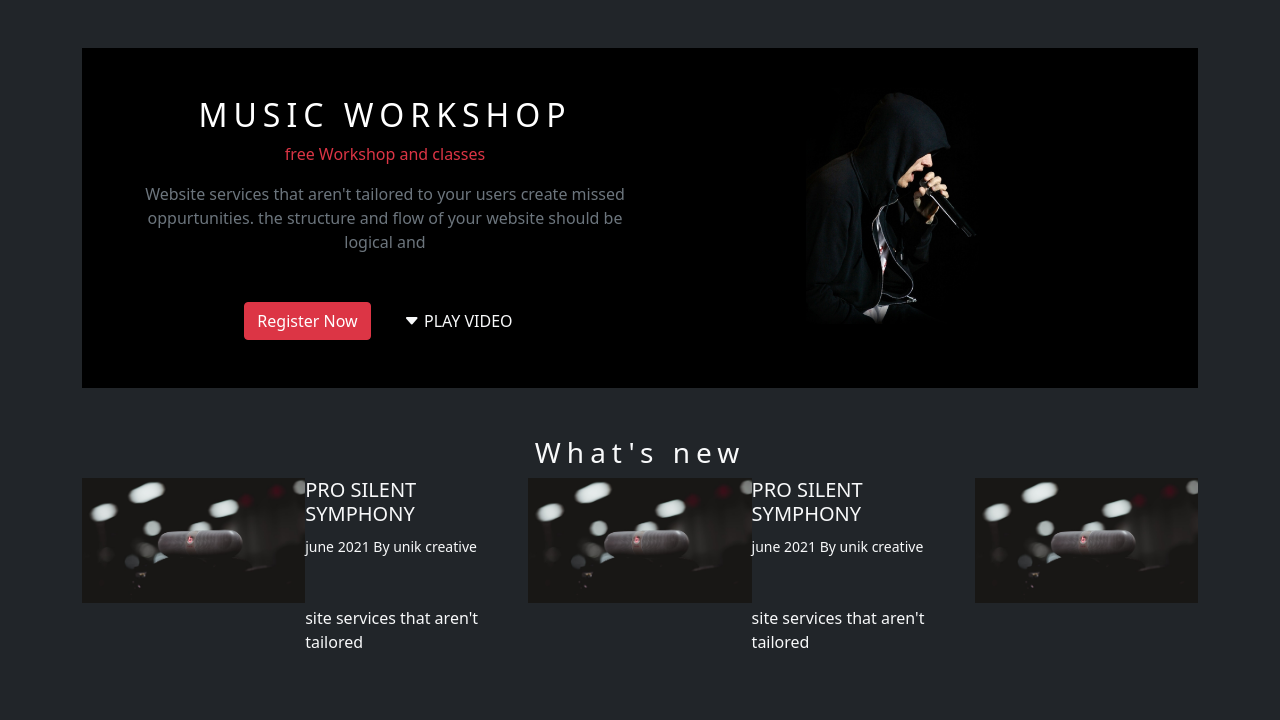
Repository: Eugene44-hub/music-workshop-site
Page: index.html
An editor plug-in stored every save of this project. The page is shown before and after a run of saves, followed by the edit.
The browser window is 1280 px wide. The pictures show the whole page.
Some web libraries are served in a nearby version.

Above is the page before, as saved 2021-10-22 17:10:20.

After the next 4 saves:
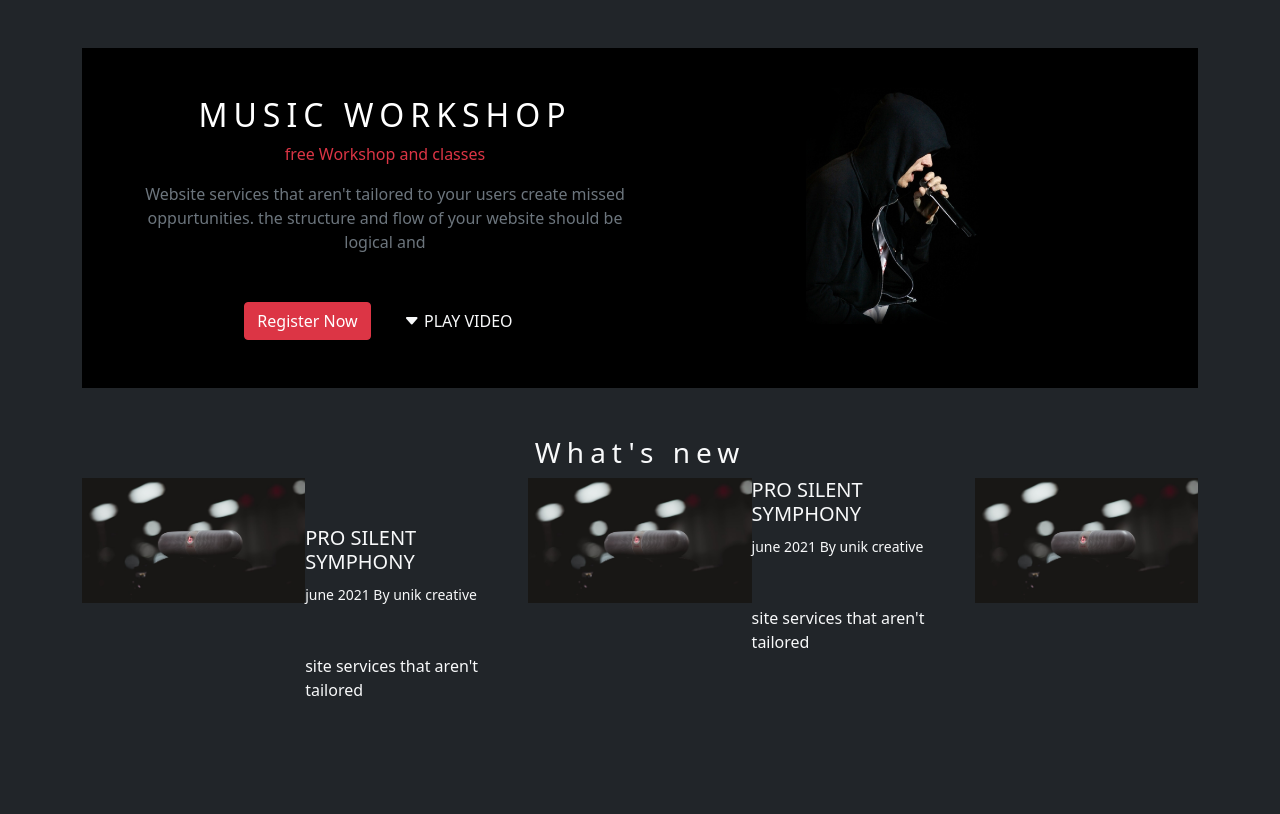
The 4 saves are shown as one change because they came seconds apart.
The last was saved 14 s later.
--- a/index.html
+++ b/index.html
@@ -42,7 +42,7 @@
                 <div class="col-md">
                     <img src="images/speaker.jpg" class="img-fluid" alt="">
                 </div>
-                <div class="col-md py-0 py-md5">
+                <div class="col-md py-0 py-lg-5">
                     <h4 class="lead ">
                         PRO SILENT <br> SYMPHONY
                     </h4>

After the 2 saves that followed:
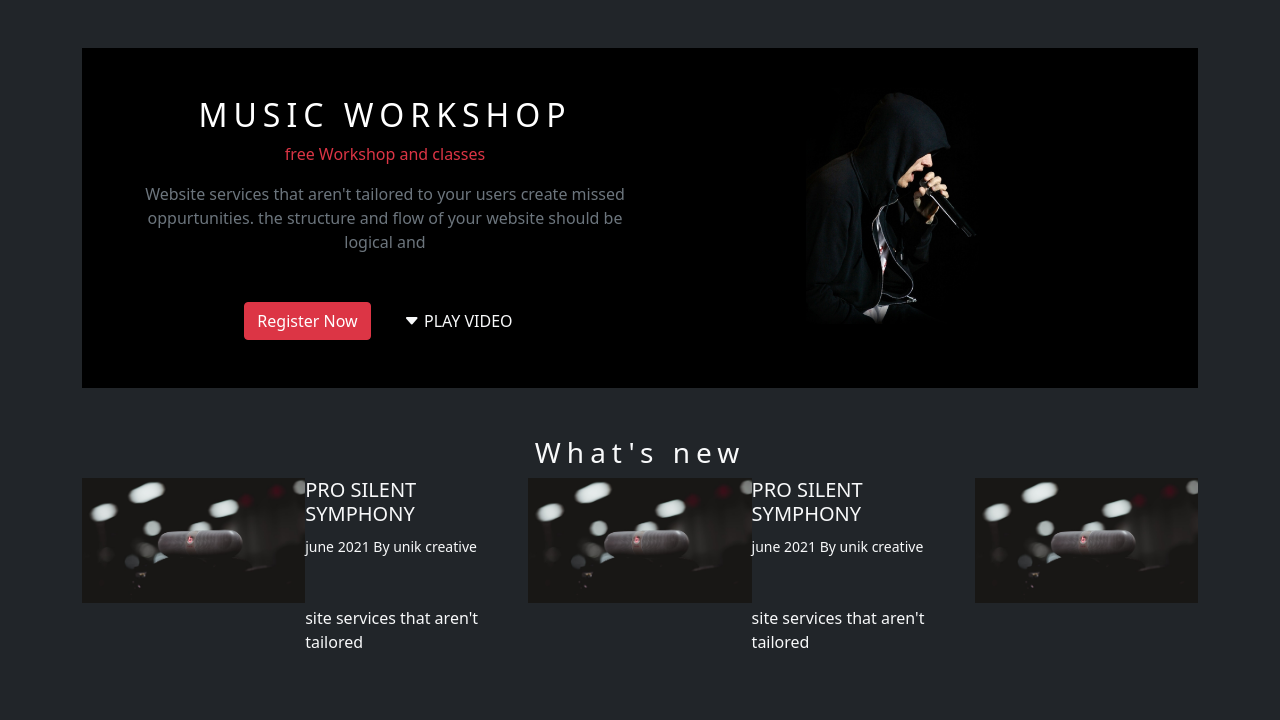
The 2 saves are shown as one change because they came seconds apart.
The last was saved 17 s later.
--- a/index.html
+++ b/index.html
@@ -42,7 +42,7 @@
                 <div class="col-md">
                     <img src="images/speaker.jpg" class="img-fluid" alt="">
                 </div>
-                <div class="col-md py-0 py-lg-5">
+                <div class="col-md py-5 py-lg-0">
                     <h4 class="lead ">
                         PRO SILENT <br> SYMPHONY
                     </h4>
